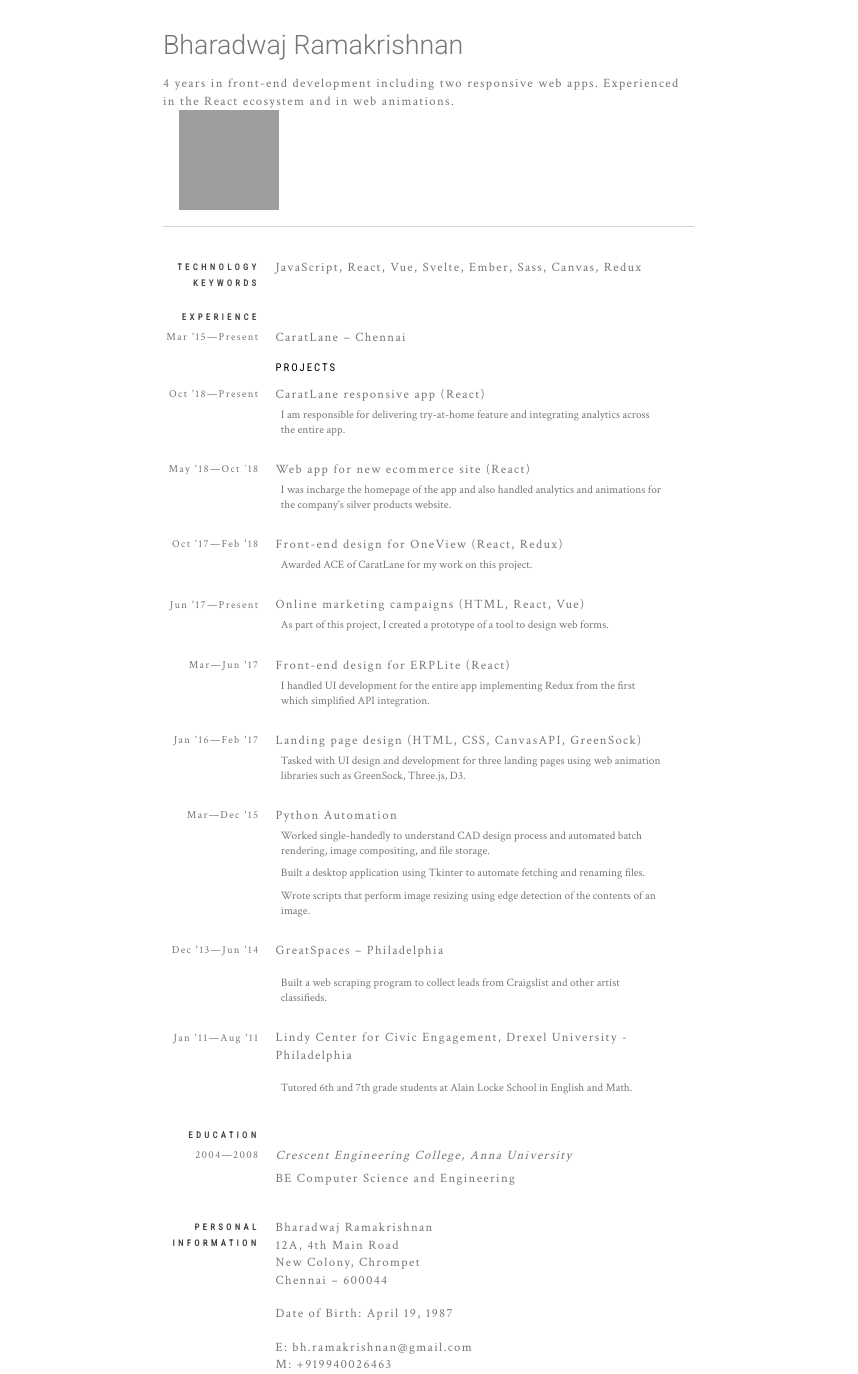
Repository: nosplashurinal/resume
Page: index.html
These files come from the project's save history. The page is drawn as it stood at one moment and after the next save; the edit follows.
The browser window is 1280 px wide. The pictures show the whole page, at 67% of full size.
Pictures or frames that could not be fetched are drawn as grey boxes.

Above is the page before, as saved 2019-01-02 11:09:17.

### index.html
<html lang="en">
  <head>
    <style>
      .page {
        width: 21cm;
        height: 29.7cm;
        margin: auto;
        padding: 0.5in;
      }
    </style>
    <link
      href="https://fonts.googleapis.com/css?family=Roboto+Condensed|Roboto:300|Crimson+Text"
      rel="stylesheet"
    />
    <link rel="stylesheet" href="/style.css" />
  </head>

  <body>
    <div class="page">
      <div class="header">
        <h1>Bharadwaj Ramakrishnan</h1>
        <p>
          4 years in front-end development including two responsive web apps.
          Experienced in the React ecosystem and in web animations.
        </p>
        <img class="headshot" src="./profile.jpg" alt="">
      </div>
      <svg height="1" width="100%">
        <line
          x1="0"
          y1="0"
          x2="100%"
          y2="0"
          style="stroke:#767676;stroke-width:1"
        />
      </svg>
      <div class="body-block"></div>
      <div class="body-block">
        <div class="gutter-container"><h2>TECHNOLOGY KEYWORDS</h2></div>
        <p>JavaScript, React, Vue, Svelte, Ember, Sass, Canvas, Redux</p>
      </div>
      <div class="body-block">
        <div class="gutter-container"><h2>EXPERIENCE</h2></div>
        <div class="exp-block">
          <div class="company">
            <p class="date">Mar '15&mdash;Present</p>
            <p>CaratLane – Chennai</p>
          </div>
          <h3>PROJECTS</h3>
          <div class="project-block">
            <p class="date">Oct '18&mdash;Present</p>
            <p class="title">CaratLane responsive app (React)</p>
            <ul class="desc">
              <li>
                I am responsible for delivering try-at-home feature and
                integrating analytics across the entire app.
              </li>
            </ul>
          </div>
          <div class="project-block">
            <p class="date">May '18&mdash;Oct `18</p>
            <p class="title">Web app for new ecommerce site (React)</p>
            <ul class="desc">
              <li>
                I was incharge the homepage of the app and also handled
                analytics and animations for the company's silver products
                website.
              </li>
            </ul>
          </div>
          <div class="project-block">
            <p class="date">Oct '17&mdash;Feb '18</p>
            <p class="title">Front-end design for OneView (React, Redux)</p>
            <ul class="desc">
              <li>Awarded ACE of CaratLane for my work on this project.</li>
            </ul>
          </div>
          <div class="project-block">
            <p class="date">Jun '17&mdash;Present</p>
            <p class="title">Online marketing campaigns (HTML, React, Vue)</p>
            <ul class="desc">
              <li>
                As part of this project, I created a prototype of a tool to
                design web forms.
              </li>
            </ul>
          </div>
          <div class="project-block">
            <p class="date">Mar&mdash;Jun '17</p>
            <p class="title">Front-end design for ERPLite (React)</p>
            <ul class="desc">
              <li>
                I handled UI development for the entire app implementing Redux
                from the first which simplified API integration.
              </li>
            </ul>
          </div>
          <div class="project-block">
            <p class="date">Jan '16&mdash;Feb '17</p>
            <p class="title">
              Landing page design (HTML, CSS, CanvasAPI, GreenSock)
            </p>
            <ul class="desc">
              <li>
                Tasked with UI design and development for three landing pages
                using web animation libraries such as GreenSock, Three.js, D3.
              </li>
            </ul>
          </div>
          <div class="project-block">
            <p class="date">Mar&mdash;Dec '15</p>
            <p class="title">Python Automation</p>
            <ul class="desc">
              <li>
                Worked single-handedly to understand CAD design process and
                automated batch rendering, image compositing, and file storage.
              </li>
              <li>
                Built a desktop application using Tkinter to automate fetching
                and renaming files.
              </li>
              <li>
                Wrote scripts that perform image resizing using edge detection
                of the contents of an image.
              </li>
            </ul>
          </div>
          <div class="company">
            <p class="date">Dec '13&mdash;Jun '14</p>
            <p>GreatSpaces – Philadelphia</p>
          </div>
          <div class="project-block">
            <ul class="desc">
              <li>
                Built a web scraping program to collect leads from Craigslist
                and other artist classifieds.
              </li>
            </ul>
          </div>
          <div class="company">
            <p class="date">Jan '11&mdash;Aug '11</p>
            <p>
              Lindy Center for Civic Engagement, Drexel University -
              Philadelphia
            </p>
          </div>
          <div class="project-block">
            <ul class="desc">
              <li>
                Tutored 6th and 7th grade students at Alain Locke School in
                English and Math.
              </li>
            </ul>
          </div>
        </div>
      </div>
      <div class="body-block">
        <div class="gutter-container"><h2>EDUCATION</h2></div>
        <div class="education-block">
          <div class="education">
            <p class="italic">Crescent Engineering College, Anna University</p>
            <p class="date">2004&mdash;2008</p>
            <p>BE Computer Science and Engineering</p>
          </div>
        </div>
      </div>
      <div class="body-block">
        <div class="gutter-container"><h2>PERSONAL INFORMATION</h2></div>
        <div class="block-section">
          <p>Bharadwaj Ramakrishnan</p>
          <p>12A, 4th Main Road</p>
          <p>New Colony, Chrompet</p>
          <p>Chennai – 600044</p>
        </div>
        <div class="block-section"><p>Date of Birth: April 19, 1987</p></div>
        <div class="block-section">
          <p>E: bh.ramakrishnan@gmail.com</p>
          <p>M: +919940026463</p>
        </div>
      </div>
    </div>
  </body>
</html>

### dist/style.css
html, body, div, span, applet, object, iframe,
h1, h2, h3, h4, h5, h6, p, blockquote, pre,
a, abbr, acronym, address, big, cite, code,
del, dfn, em, img, ins, kbd, q, s, samp,
small, strike, strong, sub, sup, tt, var,
b, u, i, center,
dl, dt, dd, ol, ul, li,
fieldset, form, label, legend,
table, caption, tbody, tfoot, thead, tr, th, td,
article, aside, canvas, details, embed,
figure, figcaption, footer, header, hgroup,
menu, nav, output, ruby, section, summary,
time, mark, audio, video {
	margin: 0;
	padding: 0;
	border: 0;
	font-size: 100%;
	font: inherit;
	vertical-align: baseline;
}
article, aside, details, figcaption, figure,
footer, header, hgroup, menu, nav, section {
	display: block;
}
body {
	line-height: 1;
}
ol, ul {
	list-style: none;
}
blockquote, q {
	quotes: none;
}
blockquote:before, blockquote:after,
q:before, q:after {
	content: '';
	content: none;
}
table {
	border-collapse: collapse;
	border-spacing: 0;
}

h1, h3, h4 {
	font-family: 'Roboto', sans-serif;
}
.header {
	padding-bottom: 0.25in;
	position: relative;
}
.header .headshot {
	width: 150px;
	height: 150px;
	padding-left: 0.25in;
}
.body-block {
	padding: 0 0.5in 0 1.75in;
	margin-bottom: 0.5in;
}
.gutter-container {
	position: absolute;
	margin-left: -1.75in;
	width: 1.5in;
}
.gutter-container h2 {
	line-height: 24px;
	letter-spacing: 5px;
	text-align: right;
	font-weight: bold;
}
h1 {
	font-size: 40px;
	color: #767676;
	margin-bottom: 0.25in;
}
h2 {
	font-size: 13px;
	color: #434343;
	font-family: 'Roboto Condensed', sans-serif;
}
p {
	font-family: 'Crimson Text', serif;
	color: #767676;
	letter-spacing: 2px;
	line-height: 26px;
	font-size: 19px;
}
.italic {
	font-style: italic;
}
.bold {
	font-weight: bold;
}
.education {
	position: relative;
}
.date {
	position: absolute;
	width: 1.5in;
	left: -1.75in;
	top: 0;
	text-align: right;
	font-family: 'Crimson Text', serif;
	font-size: 16px;
	color: #767676;
}
.education p:nth-child(1) {
	margin-bottom: 8px;
}
.block-section {
	margin-bottom: 0.25in;
}
.exp-block {
	position: relative;
}
.exp-block 	h3 {
	margin-bottom: 0.2in;
	font-family: 'Roboto Condensed', sans-serif;
	letter-spacing: 3px;
}
.company {
	margin-bottom: 0.25in;
	position: relative;
}
.education-block, .exp-block {
	padding-top: 30px;
}
.project-block {
	position: relative;
	color: #767676;
	margin-bottom: 36px;
}
.project-block .title {
	margin-bottom: 6px;
}
ul.desc {
	font-family: 'Crimson Text', serif;
	font-size: 17px;
	line-height: 22px;
}
.desc li {
	margin-bottom: 12px;
	margin-left: 8px;
}
.desc li::before {
	/* content: '-'; */
	display: inline-block;
	margin-right: 6px;
	font-weight: bold;
}

After the next save:
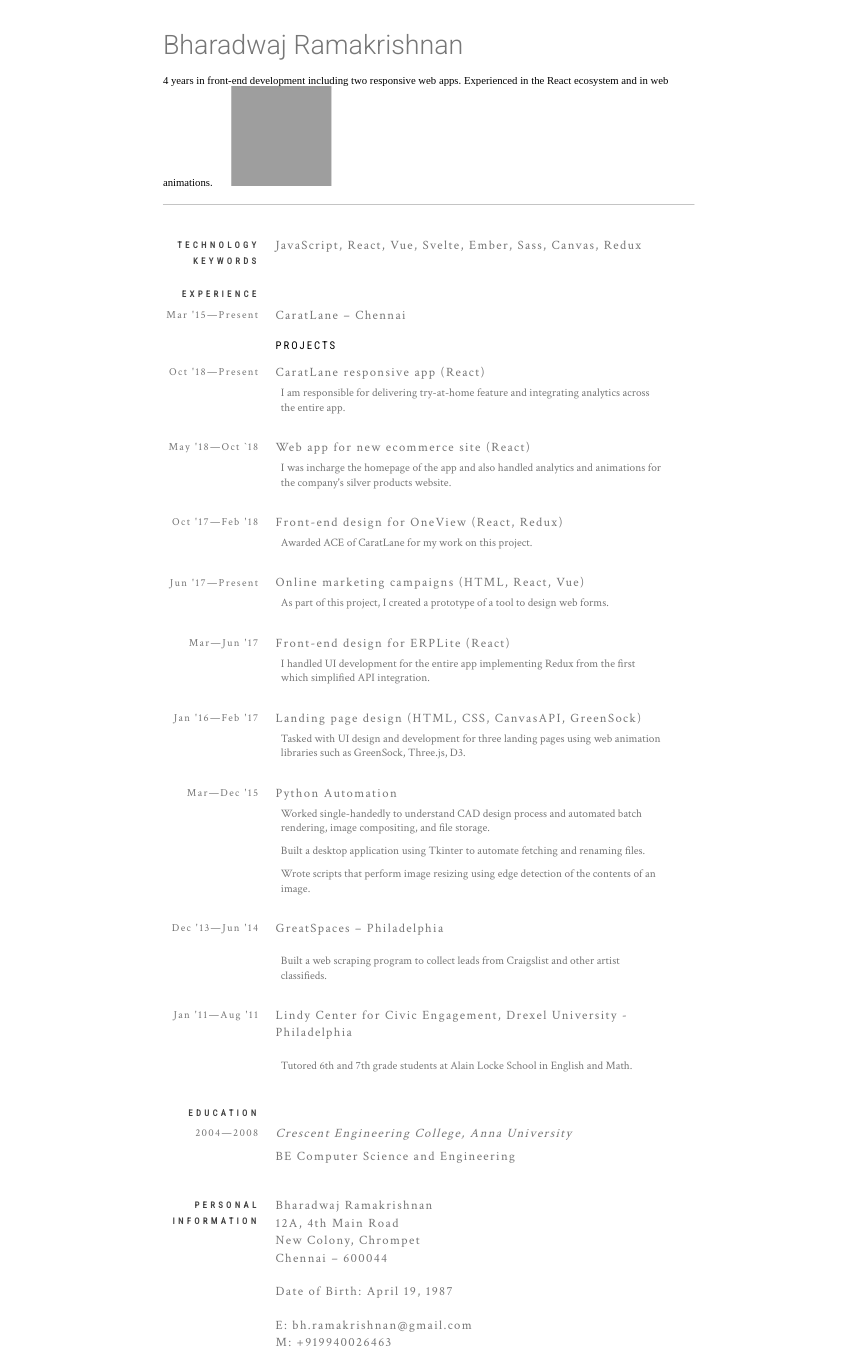
Saved 23 s later.
--- a/index.html
+++ b/index.html
@@ -19,10 +19,10 @@
     <div class="page">
       <div class="header">
         <h1>Bharadwaj Ramakrishnan</h1>
-        <p>
+        <span>
           4 years in front-end development including two responsive web apps.
           Experienced in the React ecosystem and in web animations.
-        </p>
+        </span>
         <img class="headshot" src="./profile.jpg" alt="">
       </div>
       <svg height="1" width="100%">

After the save that followed:
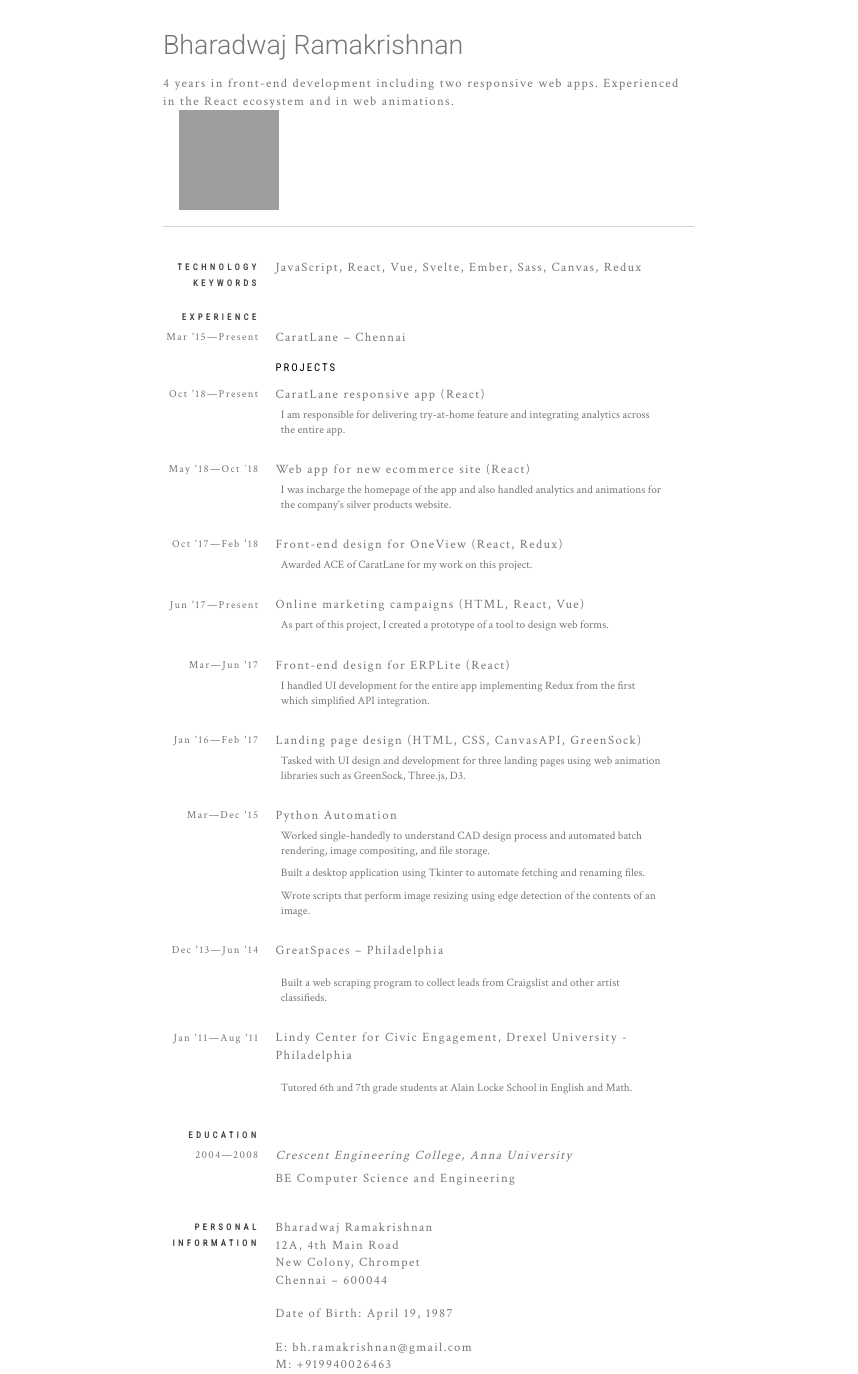
Saved 27 s later.
--- a/index.html
+++ b/index.html
@@ -19,10 +19,10 @@
     <div class="page">
       <div class="header">
         <h1>Bharadwaj Ramakrishnan</h1>
-        <span>
+        <p>
           4 years in front-end development including two responsive web apps.
           Experienced in the React ecosystem and in web animations.
-        </span>
+        </p>
         <img class="headshot" src="./profile.jpg" alt="">
       </div>
       <svg height="1" width="100%">
